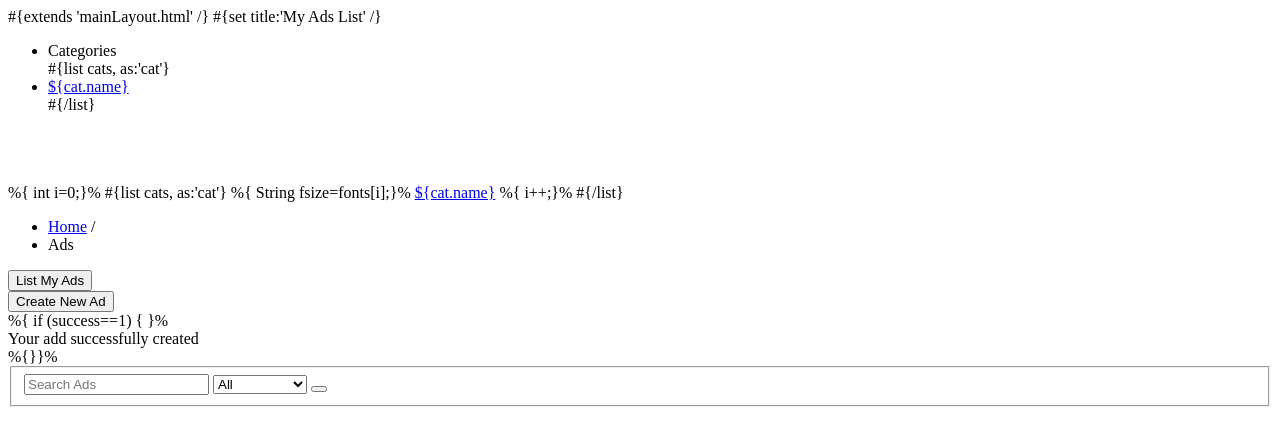
Repository: Maalejm/SEBA
Page: SlifeWebSite/app/views/Ads/index.html
An editor plug-in stored every save of this project. The page is shown before and after the next save, followed by the edit.
The browser window is 1280 px wide. The pictures show the whole page.

Above is the page before, as saved 2013-06-18 08:15:06.
Console error: SyntaxError: Invalid or unexpected token

### SlifeWebSite/app/views/Ads/index.html
#{extends 'mainLayout.html' /}
#{set title:'My Ads List' /}




<div class="container-fluid">

            <div class="row-fluid">
                <div class="span2">

                    <ul class="nav nav-list">
                        <li class="nav-header">Categories</li>

                        #{list cats, as:'cat'}
                         <li
                         %{ if(cat.id==1) { }%
                          class="active"
                         %{ } }%
                         ><a class="catNav" href="${cat.id}">${cat.name}</a></li>
                        #{/list}

                    </ul>
                    <br/>
                    <br/>
                    <br/>
                    %{ int i=0;}%
                    #{list cats, as:'cat'}
                       %{ String fsize=fonts[i];}%
                       <span style="font-size:${fsize}px;"><a class="catNav" href="${cat.id}">${cat.name}</a></span>
                      %{ i++;}%
                    #{/list}


					<div>


                    </div>
                    <!--Sidebar content-->
                </div>
                <div class="span10">
                    <ul class="breadcrumb">
                        <li><a href="#">Home</a> <span class="divider">/</span></li>
                        <li class="active">Ads</li>
                    </ul>

                    <div class="btn-group">
                        <button class="btn">List My Ads</button>
                    </div>

                    <div class="btn-group">
                        <button class="btn">Create New Ad</button>
                    </div>
                    %{ if (success==1) {  }%
                    <div class="success"> Your add successfully created</div>
                    %{}}%
                    <div class="span10 searchForm">

                            <fieldset>

                                <input name="search" class="span7" type="text" id="search"  placeholder="Search Ads" >
                                    <select id="category" class="span3">
                                        <option value="0">All</option>

                                        #{list cats, as:'cat'}
                                        <option value="${cat.id}">${cat.name}</option>
                                        #{/list}
                                    </select>

                                    <button type="submit" class="btn btn-primary"> <i class="icon-search icon-white"></i></button>
                           </fieldset>

                    </div>

                    <div  id="result">





           </div>



                    <!--Body content-->
                </div>
            </div>
        </div>





<script type="text/javascript" charset="${_response_encoding}">

    // Rebuild state

    $('#search').val(sessvars.search)
    //if(sessvars.page == undefined) {
        sessvars.page = 1
    //}

    //if(sessvars.firstPage == undefined) {
        sessvars.firstPage = 1
    //}

    //if(sessvars.lastPage == undefined) {
        sessvars.lastPage = 10
    //}


    // Search function
    var search = function() {


        loadData($('#search').val(),$('#category').val(),10)

    }

    var loadData=function(search,category,size){

    	sessvars.search = search
        sessvars.category = category
        sessvars.size =size //$('#size').val()
        var listAction = #{jsAction @list(':search',':category', ':size', ':page',':firstPage',':lastPage') /}
        $('#result').load(listAction({search: sessvars.search,category :sessvars.category , size: sessvars.size, page: sessvars.page
        	, firstPage: sessvars.firstPage, lastPage: sessvars.lastPage}), function() {


        })

    }

    // Events handler
    $('#submit').click(function() {
        sessvars.page = 1

        search()
    })
    $('#search').keyup(function() {
        sessvars.page = 1

        search()
    })

    $('#category').change(function() {
        sessvars.page = 1

        search()
    })


    $('#nextPage').live('click', function(e) {

    	pageinfo= $(this).attr('href').split(';');
    	sessvars.page =pageinfo[0]
        sessvars.firstPage=pageinfo[1]
        sessvars.lastPage=pageinfo[2]

        e.preventDefault()
        search()
    })

    $('#prePage').live('click', function(e) {
    	pageinfo= $(this).attr('href').split(';');
    	sessvars.page =pageinfo[0]
        sessvars.firstPage=pageinfo[1]
        sessvars.lastPage=pageinfo[2]

        e.preventDefault()
        search()
    })

    $('.pagebtn').live('click', function(e) {

    	pageinfo= $(this).attr('href').split(';');
    	sessvars.page =pageinfo[0]
        sessvars.firstPage=pageinfo[1]
        sessvars.lastPage=pageinfo[2]
        e.preventDefault()
        search()
    })


    $('.catNav').live('click', function(e) {



    	sessvars.page =1
        sessvars.firstPage=1
        sessvars.lastPage=10
        $('#search').val("")
        $('.catNav').parent().removeClass('active');
        $(this).parent().addClass('active');
    	e.preventDefault()

       loadData("",$(this).attr('href'),10)
    })

    // Init
    if(sessvars.search != undefined) {
        search()

    }

</script>

After the next save:
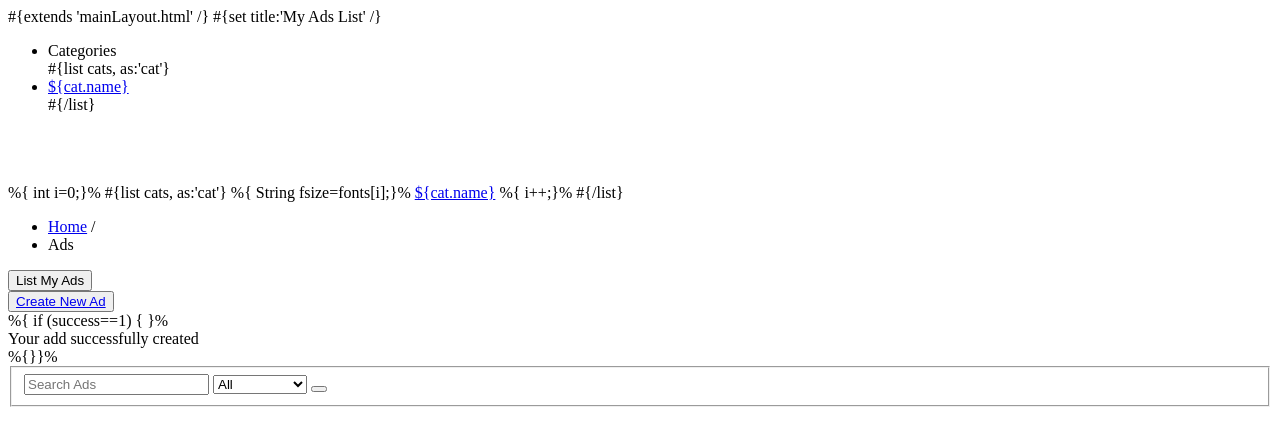
Saved 93 s later.
--- a/SlifeWebSite/app/views/Ads/index.html
+++ b/SlifeWebSite/app/views/Ads/index.html
@@ -49,7 +49,7 @@
                     </div>
 
                     <div class="btn-group">
-                        <button class="btn">Create New Ad</button>
+                        <button class="btn"><a href="ads/newAd">Create New Ad</a></button>
                     </div>
                     %{ if (success==1) {  }%
                     <div class="success"> Your add successfully created</div>
